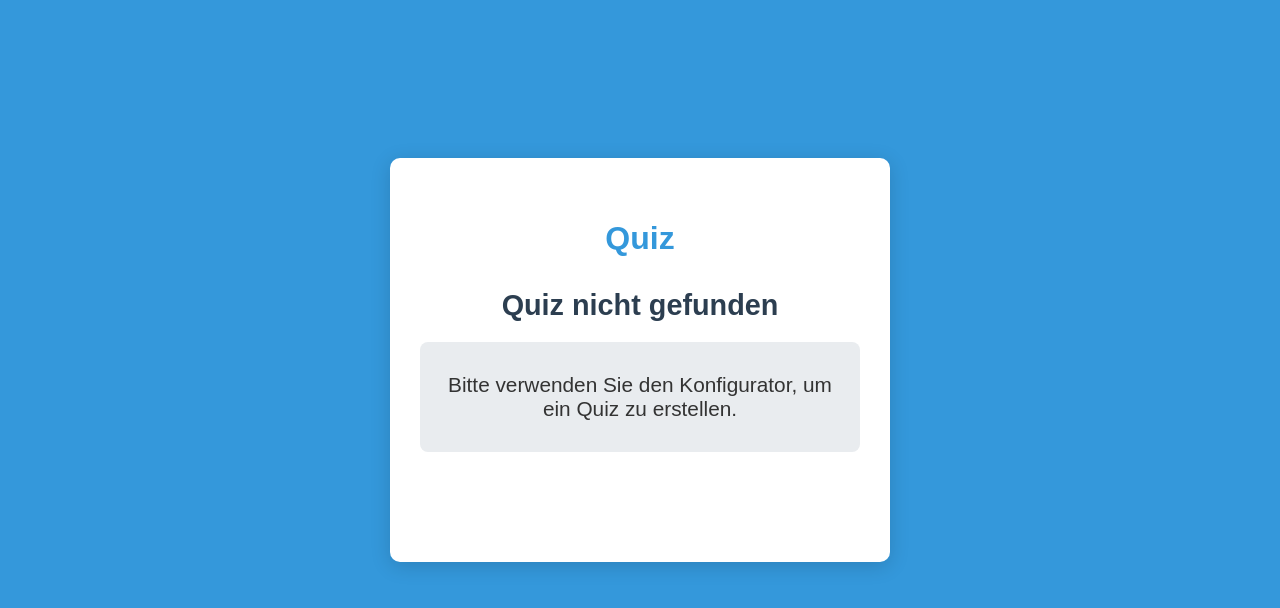
Repository: SandroGansner/LMS-Quiz-Builder
Page: quiz-widget.html
An editor plug-in stored every save of this project. The page is shown before and after the next save, followed by the edit.
The browser window is 1280 px wide. The pictures show the whole page.

Above is the page before, as saved 2025-06-04 10:49:30.

### quiz-widget.html
<!DOCTYPE html>
<html lang="de">
<head>
    <meta charset="UTF-8">
    <meta name="viewport" content="width=device-width, initial-scale=1.0">
    <title>Interaktives Quiz</title>
    <style>
        body {
            font-family: Arial, sans-serif;
            display: flex;
            justify-content: center;
            align-items: center;
            min-height: 100vh;
            margin: 0;
            background-color: var(--primary-color, #f0f2f5); /* Default if not set */
            color: #333;
            transition: background-color 0.3s ease;
        }
        .quiz-container {
            background-color: #fff;
            padding: 30px;
            border-radius: 10px;
            box-shadow: 0 4px 20px rgba(0, 0, 0, 0.15);
            width: 100%;
            max-width: 500px;
            text-align: center;
            box-sizing: border-box;
            opacity: 0;
            transform: translateY(20px);
            animation: fadeIn 0.5s forwards;
        }
        @keyframes fadeIn {
            to {
                opacity: 1;
                transform: translateY(0);
            }
        }
        .quiz-header {
            margin-bottom: 20px;
        }
        .quiz-logo {
            max-width: 150px;
            height: auto;
            margin-bottom: 15px;
        }
        .quiz-title {
            color: #2c3e50;
            font-size: 1.8em;
            margin-top: 0;
            margin-bottom: 20px;
        }
        .question-text {
            font-size: 1.3em;
            margin-bottom: 25px;
            color: #333;
            min-height: 80px; /* Ensure space even for short questions */
            display: flex;
            align-items: center;
            justify-content: center;
            text-align: center;
            background-color: #e9ecef; /* Light background for question box */
            padding: 15px;
            border-radius: 8px;
        }
        .options-list {
            list-style: none;
            padding: 0;
            margin: 0;
        }
        .option-item {
            background-color: #f8f9fa;
            border: 1px solid #ddd;
            border-radius: 8px;
            margin-bottom: 12px;
            padding: 12px 15px;
            cursor: pointer;
            transition: background-color 0.3s ease, border-color 0.3s ease, transform 0.2s ease;
            display: flex;
            align-items: center;
            text-align: left;
        }
        .option-item:hover {
            background-color: #e2e6ea;
            border-color: #b3d7ff;
            transform: translateY(-2px);
        }
        .option-item.selected {
            background-color: var(--accent-color, #d1ecf1); /* Example: light blue for selected */
            border-color: var(--accent-color, #bee5eb);
        }
        .option-item.correct {
            background-color: #d4edda; /* Light green */
            border-color: #28a745;
            color: #155724;
            font-weight: bold;
        }
        .option-item.incorrect {
            background-color: #f8d7da; /* Light red */
            border-color: #dc3545;
            color: #721c24;
            font-weight: bold;
        }
        .option-letter {
            font-weight: bold;
            margin-right: 15px;
            color: var(--option-letter-color, #007bff); /* Default blue */
            min-width: 20px; /* Ensure alignment */
            text-align: right;
        }
        .buttons-container {
            margin-top: 25px;
        }
        button {
            background-color: var(--primary-color, #007bff); /* Default blue */
            color: #fff;
            padding: 12px 25px;
            border: none;
            border-radius: 5px;
            cursor: pointer;
            font-size: 1.1em;
            transition: background-color 0.3s ease, transform 0.2s ease;
            margin: 5px;
        }
        button:hover {
            background-color: var(--button-hover-color, #0056b3); /* Darker blue on hover */
            transform: translateY(-1px);
        }
        button:disabled {
            background-color: #cccccc;
            cursor: not-allowed;
        }
        .feedback-area {
            margin-top: 20px;
            padding: 15px;
            border-radius: 8px;
            text-align: left;
            opacity: 0; /* Hidden by default */
            max-height: 0; /* Hidden by default */
            overflow: hidden;
            transition: opacity 0.5s ease, max-height 0.5s ease;
        }
        .feedback-area.show {
            opacity: 1;
            max-height: 150px; /* Adjust as needed */
        }
        .feedback-area.correct-feedback {
            background-color: #d4edda;
            border: 1px solid #28a745;
            color: #155724;
        }
        .feedback-area.incorrect-feedback {
            background-color: #f8d7da;
            border: 1px solid #dc3545;
            color: #721c24;
        }
        .feedback-text {
            font-size: 1.1em;
            margin-bottom: 10px;
        }
        .more-info-link {
            display: inline-block;
            margin-top: 10px;
            color: var(--accent-color, #007bff); /* Use accent color for link */
            text-decoration: none;
            font-weight: bold;
        }
        .more-info-link:hover {
            text-decoration: underline;
        }
        .quiz-results {
            margin-top: 30px;
            padding: 20px;
            background-color: #e6f7ff;
            border: 1px solid #99e0ff;
            border-radius: 8px;
            box-shadow: 0 2px 10px rgba(0, 0, 0, 0.08);
            text-align: center;
            opacity: 0;
            transform: translateY(20px);
            animation: fadeIn 0.5s forwards;
        }
        .quiz-results h2 {
            color: #0056b3;
            font-size: 1.8em;
            margin-bottom: 15px;
        }
        .score-text {
            font-size: 1.5em;
            font-weight: bold;
            color: #28a745;
            margin-bottom: 20px;
        }
        .restart-button {
            background-color: #6c757d;
        }
        .restart-button:hover {
            background-color: #5a6268;
        }
        /* Custom message box styles */
        .message-box {
            position: fixed;
            top: 50%;
            left: 50%;
            transform: translate(-50%, -50%);
            background-color: #333;
            color: white;
            padding: 15px 25px;
            border-radius: 8px;
            box-shadow: 0 5px 15px rgba(0, 0, 0, 0.3);
            z-index: 1000;
            opacity: 0;
            transition: opacity 0.3s ease-in-out;
            pointer-events: none; /* Allows clicks to pass through when hidden */
        }
        .message-box.show {
            opacity: 1;
            pointer-events: auto;
        }
    </style>
</head>
<body>

    <div class="quiz-container">
        <div class="quiz-header">
            <img id="quizLogo" src="" alt="Quiz Logo" class="quiz-logo" style="display: none;">
            <p id="textLogoFallback" style="font-size: 2em; font-weight: bold; display: none; color: var(--primary-color, #000);"></p>
            <h1 class="quiz-title" id="quizOverallTitle"></h1>
        </div>

        <div id="quiz-area">
            <p class="question-text" id="question-text"></p>
            <ul class="options-list" id="options-list">
            </ul>
            <div class="feedback-area" id="feedback-area">
                <p class="feedback-text" id="feedback-text"></p>
                <a href="#" id="more-info-link" class="more-info-link" target="_blank" style="display: none;">Mehr erfahren</a>
            </div>
            <div class="buttons-container">
                <button id="submit-button" disabled>Antwort prüfen</button>
                <button id="next-button" style="display: none;">Nächste Frage</button>
                <button id="show-results-button" style="display: none;">Ergebnisse anzeigen</button>
            </div>
        </div>

        <div id="results-area" class="quiz-results" style="display: none;">
            <h2>Quiz beendet!</h2>
            <p class="score-text">Du hast <span id="correct-answers-count">0</span> von <span id="total-questions-count">0</span> Fragen richtig beantwortet.</p>
            <button class="restart-button" id="restartQuizBtn">Neues Quiz starten</button>
        </div>
    </div>

    <!-- Custom message box -->
    <div id="messageBox" class="message-box"></div>

    <script>
        let quizData = [];
        let currentQuestionIndex = 0;
        let score = 0;
        let config = {};

        const quizContainer = document.querySelector('.quiz-container');
        const quizOverallTitle = document.getElementById('quizOverallTitle');
        const quizLogo = document.getElementById('quizLogo');
        const textLogoFallback = document.getElementById('textLogoFallback');
        const questionText = document.getElementById('question-text');
        const optionsList = document.getElementById('options-list');
        const submitButton = document.getElementById('submit-button');
        const nextButton = document.getElementById('next-button');
        const showResultsButton = document.getElementById('show-results-button');
        const feedbackArea = document.getElementById('feedback-area');
        const feedbackText = document.getElementById('feedback-text');
        const moreInfoLink = document.getElementById('more-info-link');
        const resultsArea = document.getElementById('results-area');
        const correctAnswersCount = document.getElementById('correct-answers-count');
        const totalQuestionsCount = document.getElementById('total-questions-count');
        const quizArea = document.getElementById('quiz-area');
        const restartQuizBtn = document.getElementById('restartQuizBtn');
        const messageBox = document.getElementById('messageBox'); // Custom message box

        /**
         * Displays a temporary message to the user.
         * @param {string} message - The message to display.
         * @param {number} duration - The duration in milliseconds for which the message should be visible.
         */
        function showMessage(message, duration = 2000) {
            messageBox.textContent = message;
            messageBox.classList.add('show');
            setTimeout(() => {
                messageBox.classList.remove('show');
            }, duration);
        }

        /**
         * Parses the quiz configuration from the URL.
         * @returns {object} The parsed configuration object.
         */
        function getConfigFromUrl() {
            const urlParams = new URLSearchParams(window.location.search);
            const encodedConfig = urlParams.get('config');
            if (encodedConfig) {
                try {
                    const decoded = atob(encodedConfig); // Decode Base64
                    return JSON.parse(decoded);
                } catch (e) {
                    console.error("Fehler beim Dekodieren oder Parsen der Quiz-Konfiguration:", e);
                    showMessage("Fehler beim Laden des Quiz. Konfiguration ist ungültig.");
                    return null;
                }
            }
            return null;
        }

        /**
         * Applies the loaded configuration to the quiz display and styling.
         */
        function applyConfig() {
            if (!config) {
                console.warn("Keine Konfiguration geladen. Verwende Standardwerte.");
                // Fallback to some defaults if config is empty
                document.documentElement.style.setProperty('--primary-color', '#3498db');
                document.documentElement.style.setProperty('--accent-color', '#2980b9');
                document.documentElement.style.setProperty('--option-letter-color', '#3498db');
                document.documentElement.style.setProperty('--button-hover-color', '#2980b9');
                quizOverallTitle.textContent = "Standard Quiz";
                quizLogo.style.display = 'none';
                textLogoFallback.style.display = 'block';
                textLogoFallback.textContent = "Quiz";
                quizData = []; // Ensure quizData is empty if no config
                return;
            }

            quizData = config.quizData || [];
            quizOverallTitle.textContent = config.quizTitle || "Unbenanntes Quiz";

            if (config.logoImgSrc) {
                quizLogo.onload = () => {
                    quizLogo.style.display = 'block';
                    textLogoFallback.style.display = 'none';
                };
                quizLogo.onerror = () => {
                    console.error("Fehler beim Laden des Logos:", config.logoImgSrc);
                    quizLogo.style.display = 'none';
                    textLogoFallback.style.display = 'block';
                    textLogoFallback.textContent = config.textLogoFallbackContent || "Quiz";
                };
                quizLogo.src = config.logoImgSrc;
                quizLogo.style.display = 'none'; // Initially hide, show on load
            } else if (config.textLogoFallbackContent) {
                textLogoFallback.textContent = config.textLogoFallbackContent;
                textLogoFallback.style.display = 'block';
                quizLogo.style.display = 'none';
            } else {
                quizLogo.style.display = 'none';
                textLogoFallback.style.display = 'none';
            }

            // Apply custom colors if provided
            document.documentElement.style.setProperty('--primary-color', config.primaryColor || '#FF0000');
            document.documentElement.style.setProperty('--accent-color', config.accentColor || '#B30000');
            document.documentElement.style.setProperty('--option-letter-color', config.optionLetterColor || '#FF0000');
            document.documentElement.style.setProperty('--button-hover-color', config.buttonHoverColor || '#FF0000');

            // Set background color of the body to the primary color
            document.body.style.backgroundColor = config.primaryColor || '#FF0000';
            // Set button background color to primary color (this will be overridden by hover)
            document.querySelectorAll('button').forEach(btn => {
                btn.style.backgroundColor = config.primaryColor || '#FF0000';
            });
            // Set quiz-container border-color to primary color (or accent if preferred)
            // Note: The quiz-container doesn't have a border in the CSS, so this won't have a visual effect unless border is added.
            // quizContainer.style.borderColor = config.accentColor || '#B30000';
        }


        /**
         * Displays the current question and its options.
         */
        function displayQuestion() {
            feedbackArea.classList.remove('show', 'correct-feedback', 'incorrect-feedback');
            feedbackText.textContent = '';
            moreInfoLink.style.display = 'none';
            moreInfoLink.href = '#';

            submitButton.style.display = 'block';
            submitButton.disabled = true;
            nextButton.style.display = 'none';
            showResultsButton.style.display = 'none';

            optionsList.innerHTML = ''; // Clear previous options

            if (currentQuestionIndex < quizData.length) {
                const question = quizData[currentQuestionIndex];
                questionText.textContent = question.question;

                const optionLetters = ['A', 'B', 'C', 'D', 'E', 'F']; // Max 6 options for now

                question.options.forEach((option, index) => {
                    const listItem = document.createElement('li');
                    listItem.className = 'option-item';
                    listItem.dataset.index = index;
                    listItem.innerHTML = `<span class="option-letter">${optionLetters[index]}.</span> ${option}`;
                    listItem.addEventListener('click', () => selectOption(listItem, index));
                    optionsList.appendChild(listItem);
                });
            } else {
                showResults();
            }
        }

        /**
         * Handles the selection of an option.
         * @param {HTMLElement} selectedOptionElement - The clicked option list item.
         * @param {number} selectedIndex - The index of the selected option.
         */
        function selectOption(selectedOptionElement, selectedIndex) {
            optionsList.querySelectorAll('.option-item').forEach(item => {
                item.classList.remove('selected');
            });
            selectedOptionElement.classList.add('selected');
            submitButton.disabled = false;
        }

        /**
         * Checks the selected answer against the correct answer.
         */
        function checkAnswer() {
            const selectedOption = optionsList.querySelector('.option-item.selected');
            if (!selectedOption) {
                showMessage('Bitte wähle eine Antwort aus!');
                return;
            }

            const selectedAnswerIndex = parseInt(selectedOption.dataset.index);
            const currentQuestion = quizData[currentQuestionIndex];

            // Disable all options and submit button after answering
            optionsList.querySelectorAll('.option-item').forEach(item => {
                item.style.pointerEvents = 'none';
                item.style.cursor = 'default';
            });
            submitButton.disabled = true;
            submitButton.style.display = 'none';

            // Show feedback
            feedbackArea.classList.add('show');

            if (selectedAnswerIndex === currentQuestion.answer) {
                score++;
                feedbackArea.classList.add('correct-feedback');
                feedbackText.textContent = currentQuestion.correctFeedback;
                selectedOption.classList.add('correct');
            } else {
                feedbackArea.classList.add('incorrect-feedback');
                feedbackText.textContent = currentQuestion.incorrectFeedback;
                selectedOption.classList.add('incorrect');
                // Highlight the correct answer
                const correctAnswerElement = optionsList.querySelector(`[data-index="${currentQuestion.answer}"]`);
                if (correctAnswerElement) {
                    correctAnswerElement.classList.add('correct');
                }
            }

            if (currentQuestion.moreInfo) {
                moreInfoLink.href = currentQuestion.moreInfo;
                moreInfoLink.style.display = 'inline-block';
            }

            // Show next or results button
            if (currentQuestionIndex < quizData.length - 1) {
                nextButton.style.display = 'block';
            } else {
                showResultsButton.style.display = 'block';
            }
        }

        /**
         * Moves to the next question or shows results if all questions are answered.
         */
        function nextQuestion() {
            currentQuestionIndex++;
            displayQuestion();
        }

        /**
         * Displays the final quiz results.
         */
        function showResults() {
            quizArea.style.display = 'none';
            resultsArea.style.display = 'block';
            correctAnswersCount.textContent = score;
            totalQuestionsCount.textContent = quizData.length;
        }

        /**
         * Restarts the quiz from the beginning.
         */
        function startQuiz() {
            currentQuestionIndex = 0;
            score = 0;
            quizArea.style.display = 'block';
            resultsArea.style.display = 'none';
            displayQuestion();
        }

        // --- Event Listener Setup ---
        document.addEventListener('DOMContentLoaded', () => {
            submitButton.addEventListener('click', checkAnswer);
            nextButton.addEventListener('click', nextQuestion);
            showResultsButton.addEventListener('click', showResults);
            restartQuizBtn.addEventListener('click', startQuiz); // Listener for the restart button

            config = getConfigFromUrl();
            applyConfig();

            if (config && config.quizData && config.quizData.length > 0) {
                startQuiz();
            } else {
                quizOverallTitle.textContent = "Quiz nicht gefunden";
                questionText.textContent = "Bitte verwenden Sie den Konfigurator, um ein Quiz zu erstellen.";
                quizArea.style.display = 'block';
                submitButton.style.display = 'none';
                nextButton.style.display = 'none';
                showResultsButton.style.display = 'none';
                optionsList.innerHTML = ''; // Clear options if no quiz data
            }
        });
    </script>

</body>
</html>

After the next save:
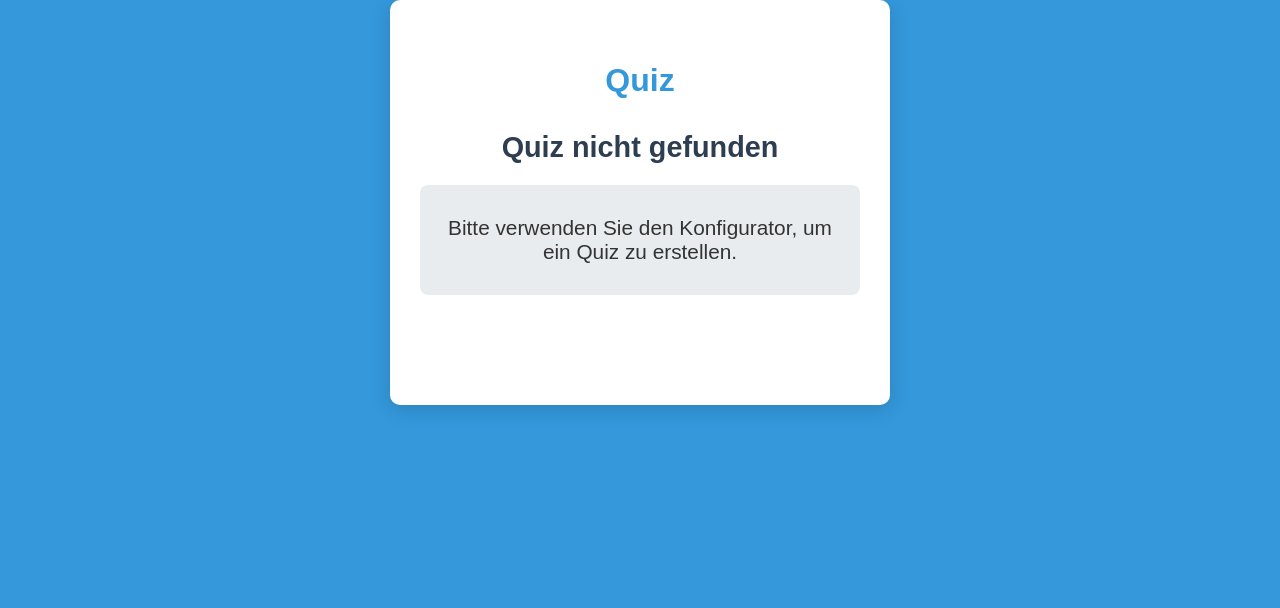
Saved 4 min 27 s later.
--- a/quiz-widget.html
+++ b/quiz-widget.html
@@ -7,10 +7,9 @@
     <style>
         body {
             font-family: Arial, sans-serif;
-            display: flex;
+            display: block; /* Changed from flex to block */
             justify-content: center;
             align-items: center;
-            min-height: 100vh;
             margin: 0;
             background-color: var(--primary-color, #f0f2f5); /* Default if not set */
             color: #333;
@@ -28,6 +27,7 @@
             opacity: 0;
             transform: translateY(20px);
             animation: fadeIn 0.5s forwards;
+            margin: 0 auto; /* Added to center the quiz container */
         }
         @keyframes fadeIn {
             to {
@@ -37,11 +37,13 @@
         }
         .quiz-header {
             margin-bottom: 20px;
+            text-align: center; /* Added to center the header content */
         }
         .quiz-logo {
             max-width: 150px;
             height: auto;
-            margin-bottom: 15px;
+            display: block; /* Added to center the logo */
+            margin: 0 auto 15px; /* Added to center the logo and add margin */
         }
         .quiz-title {
             color: #2c3e50;
@@ -524,6 +526,19 @@
                 optionsList.innerHTML = ''; // Clear options if no quiz data
             }
         });
+
+        // Function to send the height of the quiz to the parent window
+        function sendQuizHeight() {
+            window.parent.postMessage({
+                type: 'quizHeight',
+                height: document.body.scrollHeight
+            }, '*'); // Replace '*' with your editor's origin for security
+        }
+
+        // Call sendQuizHeight after the quiz is loaded and whenever the content changes
+        window.addEventListener('load', sendQuizHeight);
+        // You might need to call sendQuizHeight after certain actions that change the height of the quiz, like displaying feedback or results.
+
     </script>
 
 </body>
